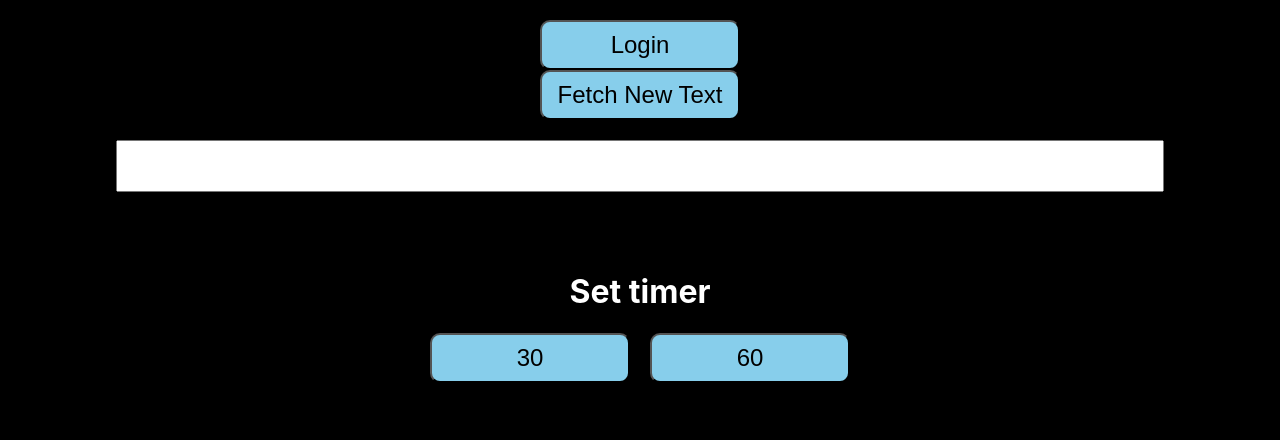
Repository: abhaysharma20233009/swiftKey
Page: / (app in frontend/my-app/)
An editor plug-in stored every save of this project. The page is shown before and after the next save, followed by the edit.
The browser window is 1280 px wide. The pictures show the whole page.
The page's requests for data from a server got no answer. The project was rebuilt for these pictures with package versions that can differ from the ones it lists, and the page was loaded fresh each time. No one was signed in, and anything a server would have sent is missing. Also part of the build but not shown: frontend/my-app/src/Results.js, frontend/my-app/src/Login.js.

Above is the page before, as saved 2024-10-10 15:02:32.

After the next save:
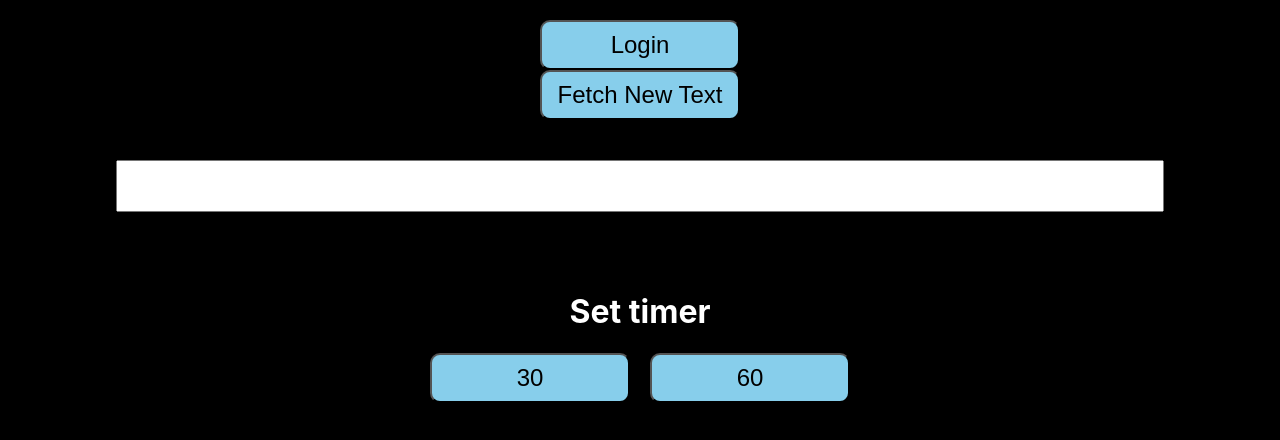
Saved 58 s later.
--- a/frontend/my-app/src/Swifts.js
+++ b/frontend/my-app/src/Swifts.js
@@ -10,7 +10,7 @@
     const location = useLocation();
 
     // Retrieve username from location state
-    const username = location.state?.username||'';
+    const username = location.state?.username || '';
 
     const fetchMessages = async () => {
         try {
@@ -64,9 +64,12 @@
         <div style={{ textAlign: 'center', marginTop: '20px' }}>
             {username && <h2>Welcome, {username}!</h2>}
             <button className="log" onClick={() => navigate('/login')}>Login</button>
-            <br/>
+            <br />
             <button className="log" onClick={fetchMessages}>Fetch New Text</button>
-            <br/>
+            <br />
+            <p style={{ fontSize: '24px', margin: '20px 0', whiteSpace: 'pre-wrap' }}>
+                {message}
+            </p>
             <input
                 type="text"
                 value={inputValue}

After the save that followed:
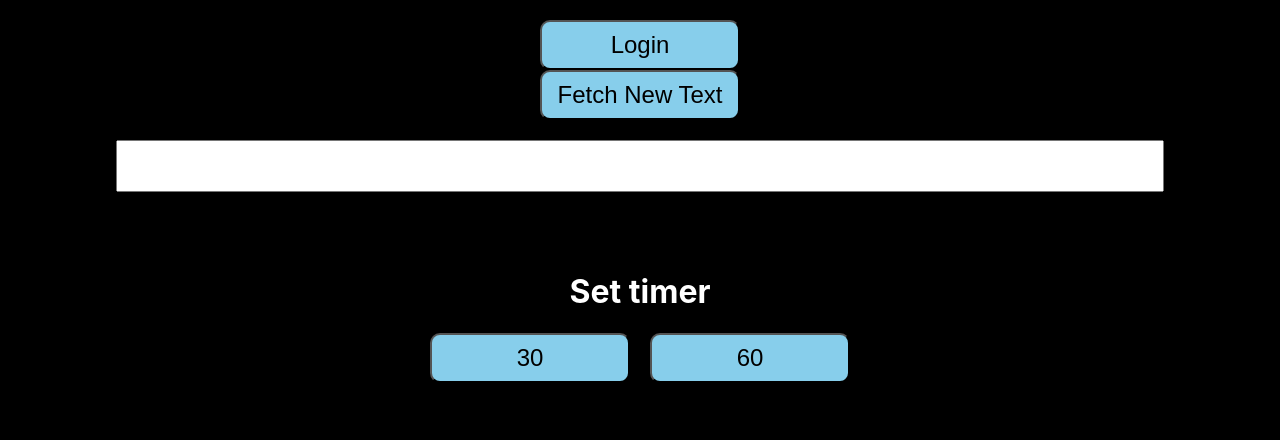
Saved 4 min 13 s later.
--- a/frontend/my-app/src/Swifts.js
+++ b/frontend/my-app/src/Swifts.js
@@ -58,7 +58,6 @@
     };
 
     const words = message.split(' ');
-    const currentWord = words[currentWordIndex] || '';
 
     return (
         <div style={{ textAlign: 'center', marginTop: '20px' }}>
@@ -67,9 +66,6 @@
             <br />
             <button className="log" onClick={fetchMessages}>Fetch New Text</button>
             <br />
-            <p style={{ fontSize: '24px', margin: '20px 0', whiteSpace: 'pre-wrap' }}>
-                {message}
-            </p>
             <input
                 type="text"
                 value={inputValue}
@@ -80,15 +76,15 @@
                     padding: '10px',
                     margin: '20px 0',
                 }}
-                placeholder={currentWord.slice(inputValue.length)}
+                placeholder={words[currentWordIndex]?.slice(inputValue.length) || ''}
             />
-            <div style={{ fontSize: '24px', marginTop: '10px' }}>
+            <div style={{ fontSize: '24px', marginTop: '10px', whiteSpace: 'pre-wrap', textAlign: 'left' }}>
                 {words.map((word, index) => (
                     <span
                         key={index}
                         style={{
                             padding: '0 5px',
-                            color: index === currentWordIndex ? 'blue' : 'white',
+                            color: index === currentWordIndex ? 'blue' : 'black',
                             textDecoration: index < currentWordIndex ? 'line-through' : 'none',
                         }}
                     >
